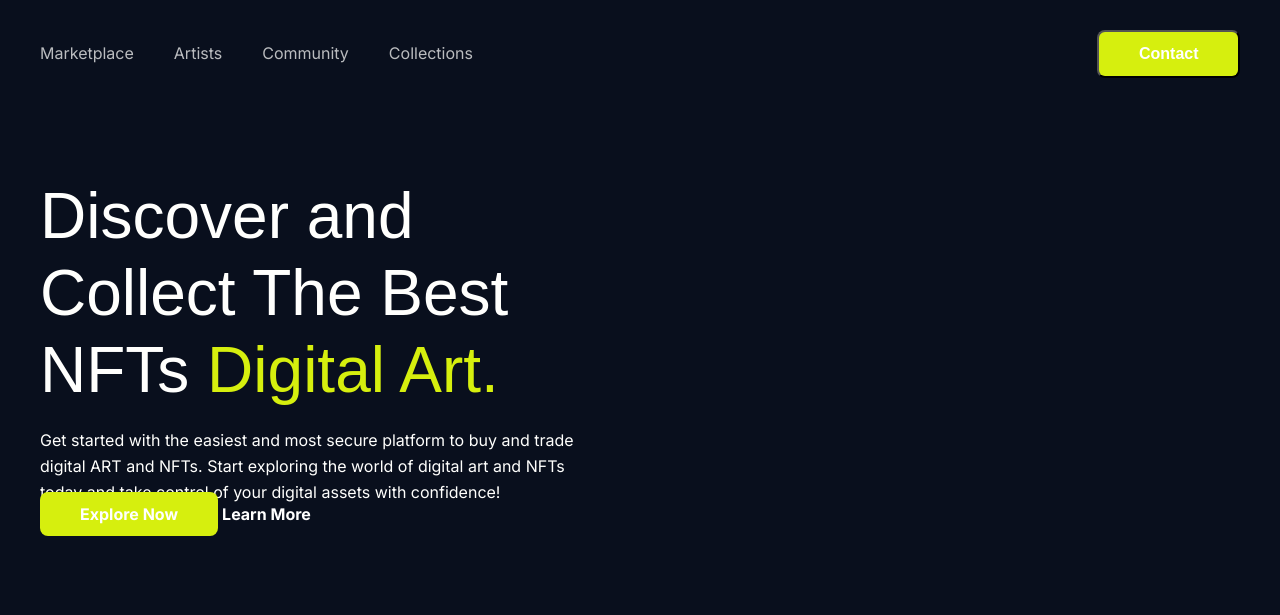
Repository: Kamron5505/NftMarketplace
Page: index.html
These files come from the project's save history. The page is drawn as it stood at one moment and after the next save; the edit follows.
The browser window is 1280 px wide. The pictures show the whole page.
Some web fonts or font styles are not loaded; a fallback is used.

Above is the page before, as saved 2025-07-08 00:12:05.

### index.html
<!DOCTYPE html>
<html lang="en">

<head>
    <meta charset="UTF-8">
    <meta name="viewport" content="width=device-width, initial-scale=1.0">
    <title>NFTMarketplace Landing</title>
    <link rel="stylesheet" href="./style.css">
    <link
        href="https://fonts.googleapis.com/css2?family=Inter:wght@400;600;700&family=Source+Sans+Pro:wght@400;600;700&display=swap"
        rel="stylesheet">
</head>

<body>
    <header class="header">
        <div class="container">
            <nav class="nav">
                <ul class="nav-list">
                    <li class="nav-item"><a href="#" class="nav-link">Marketplace</a></li>
                    <li class="nav-item"><a href="#" class="nav-link">Artists</a></li>
                    <li class="nav-item"><a href="#" class="nav-link">Community</a></li>
                    <li class="nav-item"><a href="#" class="nav-link">Collections</a></li>
                </ul>
                <button class="header-contact-btn">Contact</button>
            </nav>
        </div>
    </header>
    <main class="main">
        <section class="nft-section">
            <div class="container">
                <div class="nft-wrapper">
                    <div class="content-left">
                        <h1 class="title">
                            Discover and <br>
                            Collect The Best <br>
                            NFTs <span class="highlight"> Digital Art.</span>
                        </h1>

                        <p class="description">
                            Get started with the easiest and most secure platform to buy and trade digital ART and NFTs.
                            Start exploring the world of digital art and NFTs today and take control of your digital
                            assets with confidence!
                        </p>

                        <div class="buttons">
                            <a href="#" class="btn btn-primary">Explore Now</a>
                            <a href="#" class="btn btn-secondary">Learn More</a>
                        </div>

                        <!-- <div class="stats">
                            <div class="stat">
                                <div class="number">8.9K</div>
                                <div class="label">Art work</div>
                            </div>
                            <div class="stat">
                                <div class="number">65K</div>
                                <div class="label">Artist</div>
                            </div>
                            <div class="stat">
                                <div class="number">87K</div>
                                <div class="label">Collection</div>
                            </div>
                        </div>
                    </div> -->
                    <!-- <div class="content-right">
                        <div class="card">
                            <img src="nft-image.jpg" alt="NFT Image" class="card-image">
                            <div class="card-info">
                                <div class="card-timer">
                                    <span>Ends in</span>
                                    <span class="time">05:45:47</span>
                                </div>
                                <div class="card-bid">
                                    <span>Current bid</span>
                                    <span class="eth">0.24 ETH</span>
                                </div>
                                <a href="#" class="btn btn-bid">Place A Bid</a>
                            </div>
                        </div>
                    </div> -->
                </div>
            </div>
        </section>
    </main>
</body>

</html>

### style.css
@font-face {
    font-family: 'Canela';
    src: url('../fonts/Canela-Bold.woff2') format('woff2');
    font-weight: bold;
    font-style: normal;
}

* {
    margin: 0;
    padding: 0;
    text-decoration: none;
    list-style: none;
    box-sizing: border-box;
}

body {
    background: #090f1d;
    color: #fffffd;
}

:root {
    --font-family: "Inter", sans-serif;
    ---family: "Source Sans Pro", sans-serif;
    --font-family: "Canela", sans-serif;
}

h1,
h2,
h3,
h4,
h5,
h6 {
    font-family: "Canela", sans-serif;
    font-weight: bold;
    font-weight: 500;
    font-size: 64px;
    line-height: 120%;
    color: #fffffd;
}

:root {
    --font-family: "Inter", sans-serif;
    --second-family: "Source Sans Pro", sans-serif;
    --third-family: "Canela", sans-serif;
}

.highlight {
    color: #d6ef0e;
}

.header {
    margin-top: 30px;
    font-family: "Inter", sans-serif;
}

.container {
    width: 1200px;
    margin: 0 auto;
}

.nav {
    display: flex;
    align-items: center;
    justify-content: space-between;
}

.nav-list {
    display: flex;
    gap: 40px;
}


.nav-link {
    font-weight: 400;
    font-size: 16px;
    line-height: 160%;
    color: rgba(255, 255, 253, 0.72);
}

.nav-link:hover {
    border-bottom: 1px solid #d6ef0e;
    width: 94px;
    height: 26px;
    transition: all 0.3s ease;
}

.header-contact-btn {
    background: #d6ef0e;
    border-radius: 8px;
    padding: 12px 40px;
    width: 143px;
    height: 48px;
    font-weight: 700;
    font-size: 16px;
    line-height: 120%;
    color: #fff;
}



.nft-section {
    margin-top: 100px;
}


.nft-wrapper {}

.content-left {}

.title {}

.highlight {}

.description {
    font-family: "Inter", sans-serif;
    font-weight: 400;
    font-size: 16px;
    width: 544px;
    line-height: 160%;
    color: #fffffd;
    margin-top: 20px;
}

.buttons {
    margin-top: ;
}

.btn {
    font-family: "Inter", sans-serif;
    font-weight: 700;
    font-size: 16px;
    line-height: 120%;
    color: #fff;
}

.btn-primary {
    border-radius: 8px;
    padding: 12px 40px;
    width: 178px;
    height: 52px;
    background: #d6ef0e;
}

.btn-secondary {}

After the next save:
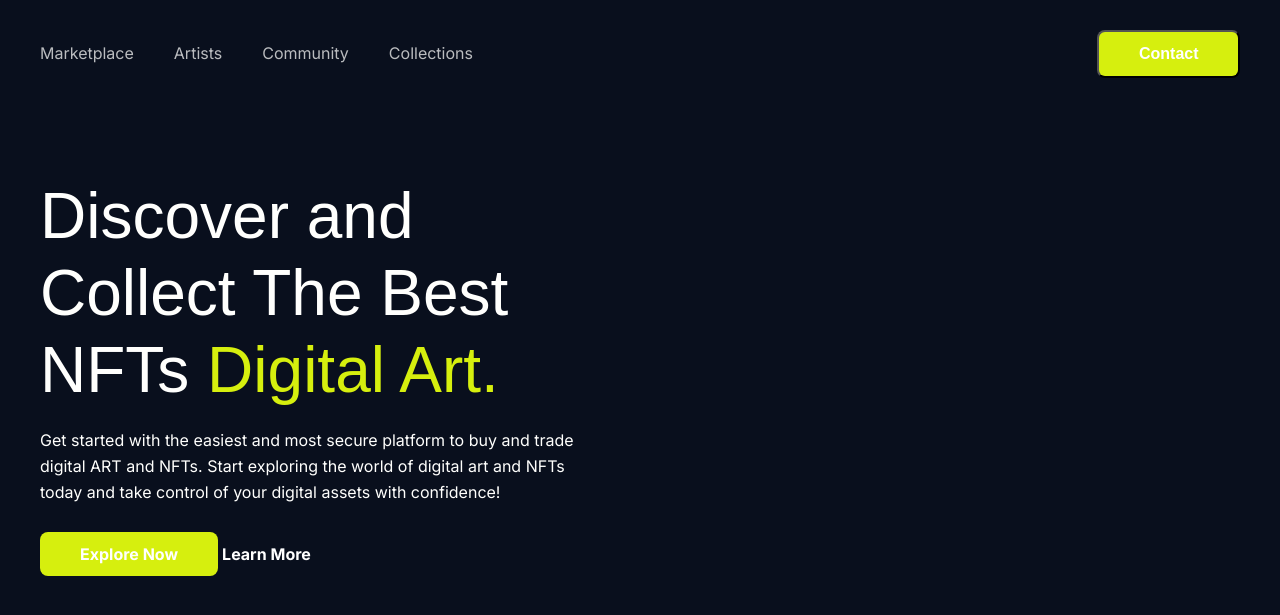
Saved 4 s later.
--- a/style.css
+++ b/style.css
@@ -122,7 +122,7 @@ h6 {
 }
 
 .buttons {
-    margin-top: ;
+    margin-top: 40px;
 }
 
 .btn {
